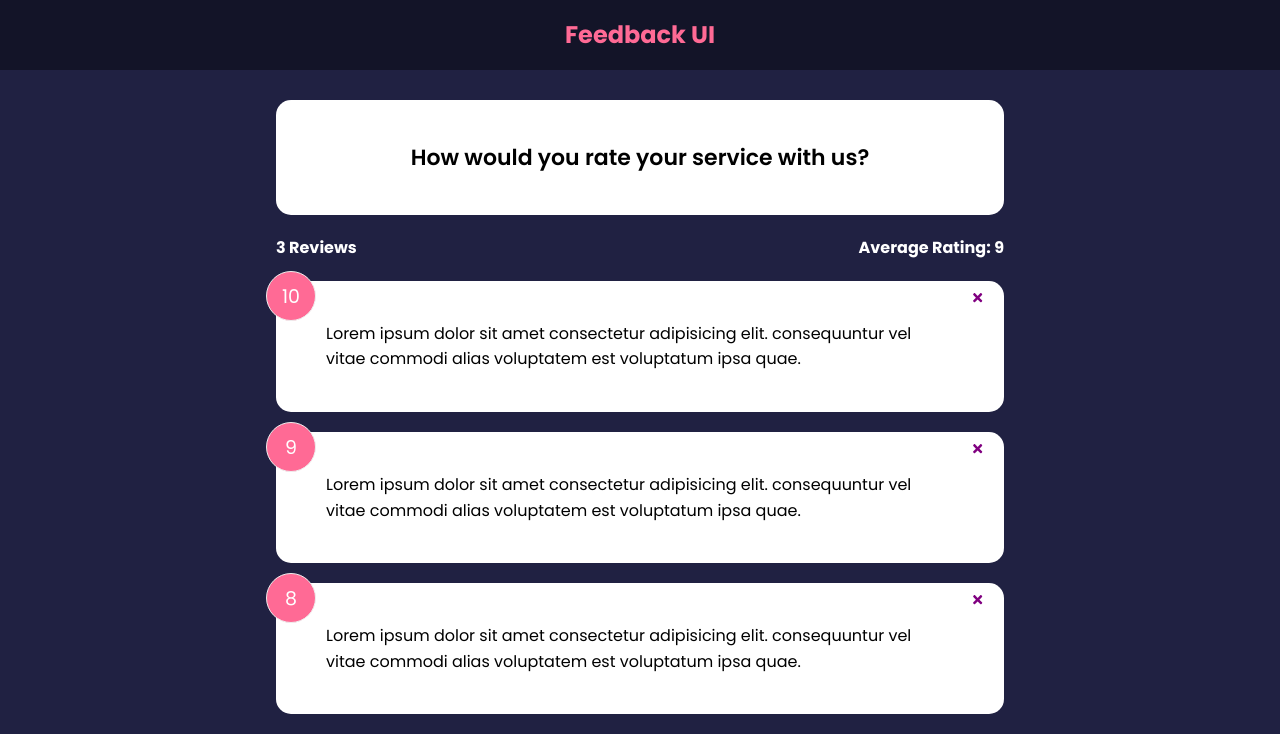
Repository: minhtien9/Feedback_App
Page: /
The author's editor kept a copy of each file at every save. The page is drawn from the files as they stood at one save, then again after the next save.
The browser window is 1280 px wide. The pictures show the whole page.
The project was rebuilt for these pictures with package versions that can differ from the ones it lists, and the page was loaded fresh each time.

Above is the page before, as saved 2022-02-18 14:19:02.

### src/index.css
@import url('https://fonts.googleapis.com/css2?family=Poppins:wght@400;600;700&display=swap');

* {
    box-sizing: border-box;
    margin: 0;
    padding: 0;
}

body {
    font-family: 'Poppins', sans-serif;
    background-color: #202142;
    color: #fff;
    line-height: 1.6;
}

ul {
    list-style: none;
}

.container {
    max-width: 768px;
    margin: auto;
    padding: 0 20px;
}

header {
    height: 70px;
    width: 100%;
    display: flex;
    justify-content: space-between;
    align-items: center;
    margin-bottom: 30px;
}

.card {
    background-color: #fff;
    color: #333;
    border-radius: 15px;
    padding: 40px 50px;
    margin: 20px 0;
    position: relative;
}

.card.reverse {
    background-color: rgba(0, 0, 0, 0.4);
    color: #fff;
}

.card h2 {
    font-size: 22px;
    font-weight: 600;
    text-align: center;
}

.rating {
    display: flex;
    align-items: center;
    justify-content: space-around;
    margin: 30px 0 40px;
}

.rating li,
.num-display {
    position: relative;
    background: #f4f4f4;
    width: 50px;
    height: 50px;
    padding: 10px;
    text-align: center;
    border-radius: 50%;
    font-size: 19px;
    border: 1px #eee solid;
    transition: 0.3s;
}

.rating li label {
    position: absolute;
    top: 50%;
    left: 50%;
    width: 50px;
    height: 50px;
    padding: 10px;
    border-radius: 50%;
    transform: translate(-50%, -50%);
    cursor: pointer;
}

.rating li:hover,
.num-display {
    background: #ff6a95;
    color: #fff;
}

[type='radio'] {
    opacity: 0;
}

[type='radio']:checked ~ label {
    background: #ff6a95;
    color: #fff;
}

.input-group {
    display: flex;
    flex-direction: row;
    border: 1px solid #ccc;
    padding: 8px 10px;
    border-radius: 8px;
}

input {
    flex-grow: 2;
    border: none;
    font-size: 16px;
}

input:focus {
    outline: none;
}

.feedback-stats {
    color: #fff;
    display: flex;
    justify-content: space-between;
    align-items: center;
}

.num-display {
    position: absolute;
    top: -10px;
    left: -10px;
}

.close,
.edit {
    position: absolute;
    top: 10px;
    right: 20px;
    cursor: pointer;
    background: none;
    border: none;
}

.edit {
    right: 40px;
}

.btn {
    color: #fff;
    border: 0;
    border-radius: 8px;
    color: #fff;
    width: 100px;
    height: 40px;
    cursor: pointer;
}

.btn-primary {
    background-color: #202142;
}

.btn-secondary {
    background: #ff6a95;
}

.btn:hover {
    transform: scale(0.98);
    opacity: 0.9;
}

.btn:disabled {
    background-color: #cccccc;
    color: #333;
    cursor: auto;
}

.btn:disabled:hover {
    transform: scale(1);
    opacity: 1;
}

.message {
    padding-top: 10px;
    text-align: center;
    color: rebeccapurple;
}

/* FIX: Remove position: absolute to keep about icon at the bottom of the
 * document */
.about-link {
    display: flex;
    justify-content: flex-end;
}

/* FIX: Remove position: absolute to keep about icon at the bottom of the
 * document */
.about-link a {
    color: #fff;
    cursor: pointer;
}

.about-link a:hover {
    color: #ff6a95;
}

.about h1 {
    margin-bottom: 20px;
}

.about p {
    margin: 10px 0;
}

@media (max-width: 600px) {
    .rating li {
        margin: 10px 3px;
    }

    .rating {
        display: flex;
        align-items: center;
        justify-content: center;
        flex-wrap: wrap;
        margin: 30px 0 40px;
    }

    .input-group input {
        width: 80%;
    }
}

### src/App.js
import Header from './components/Header'

import FeedbackData from './data/FeedbackData'
import FeedbackList from './components/FeedbackList'

import { useState } from 'react'
import FeedbackStats from './components/FeedbackStats'
import FeedbackForm from './components/FeedbackForm'

function App() {
    const [feedback, setFeedback] = useState(FeedbackData)

    const deleteFeedback = (id) => {
        if (window.confirm('Are you sure you want to delete?')) {
            setFeedback(feedback.filter((item) => item.id !== id))
        }
    }
    return (
        <div className='App'>
            <Header />
            <div className='container'>
                <FeedbackForm />
                <FeedbackStats feedback={feedback} />
                <FeedbackList
                    feedback={feedback}
                    handeDelete={deleteFeedback}
                />
            </div>
        </div>
    )
}

export default App

### src/components/Header.jsx
import React from 'react'
import PropTypes from 'prop-types'

Header.propTypes = {
    text: PropTypes.string,
    bgColor: PropTypes.string,
    textColor: PropTypes.string,
}

Header.defaultProps = {
    text: 'Feedback UI',
    bgColor: 'rgba(0,0,0,0.4)',
    textColor: '#ff6a95',
}

function Header({ text, bgColor, textColor }) {
    const headerStyles = { background: bgColor, color: textColor }
    return (
        <header style={headerStyles}>
            <div className='container'>
                <h2>{text}</h2>
            </div>
        </header>
    )
}

export default Header

### src/data/FeedbackData.js
const FeedbackData = [
    {
        id: 1,
        rating: 10,
        text: 'Lorem ipsum dolor sit amet consectetur adipisicing elit. consequuntur vel vitae commodi alias voluptatem est voluptatum ipsa quae.',
    },
    {
        id: 2,
        rating: 9,
        text: 'Lorem ipsum dolor sit amet consectetur adipisicing elit. consequuntur vel vitae commodi alias voluptatem est voluptatum ipsa quae.',
    },
    {
        id: 3,
        rating: 8,
        text: 'Lorem ipsum dolor sit amet consectetur adipisicing elit. consequuntur vel vitae commodi alias voluptatem est voluptatum ipsa quae.',
    },
]

export default FeedbackData

### src/components/FeedbackList.jsx
import PropTypes from 'prop-types'
import FeedbackItem from './FeedbackItem'

FeedbackList.propTypes = {
    feedback: PropTypes.arrayOf(
        PropTypes.shape({
            id: PropTypes.number.isRequired,
            text: PropTypes.string.isRequired,
            rating: PropTypes.number.isRequired,
        })
    ),
}

function FeedbackList({ feedback, handeDelete }) {
    if (!feedback || feedback.length === 0) return <p>No Feedback Yet</p>
    return (
        <div className='feedback-list'>
            {feedback.map((item) => (
                <FeedbackItem
                    key={item.id}
                    item={item}
                    handeDelete={handeDelete}
                />
            ))}
        </div>
    )
}

export default FeedbackList

### src/components/FeedbackStats.jsx
import React from 'react'
import PropTypes from 'prop-types'

FeedbackStats.propTypes = {
    feedback: PropTypes.array.isRequired,
}

function FeedbackStats({ feedback }) {
    let average =
        feedback.reduce((acc, cur) => {
            return acc + cur.rating
        }, 0) / feedback.length

    average = average.toFixed(1).replace(/[.,]0$/, '')
    return (
        <div className='feedback-stats'>
            <h4>{feedback.length} Reviews</h4>
            <h4>Average Rating: {isNaN(average) ? 0 : average}</h4>
        </div>
    )
}

export default FeedbackStats

### src/components/FeedbackForm.jsx
import React from 'react'
import PropTypes from 'prop-types'
import Card from './UI/Card'

FeedbackForm.propTypes = {}

function FeedbackForm(props) {
    return (
        <Card>
            <form>
                <h2>How would you rate your service with us?</h2>
            </form>
        </Card>
    )
}

export default FeedbackForm

### src/components/FeedbackItem.jsx
import { FaTimes } from 'react-icons/fa'
import PropTypes from 'prop-types'
import Card from './UI/Card'

FeedbackItem.propTypes = {
    item: PropTypes.object.isRequired,
}

function FeedbackItem({ item, handleDelete }) {
    return (
        <Card>
            <div className='num-display'>{item.rating}</div>
            <button onClick={() => handleDelete(item.id)} className='close'>
                <FaTimes color='purple' />
            </button>
            <div className='text-display'>{item.text}</div>
        </Card>
    )
}

export default FeedbackItem

### src/components/UI/Card.jsx
import React from 'react'
import PropTypes from 'prop-types'

Card.propTypes = {
    children: PropTypes.node.isRequired,
    reverse: PropTypes.bool,
}

Card.defaultProps = {
    reverse: false,
}

function Card({ children, reverse }) {
    return (
        <div
            className='card'
            style={{
                backgroundColor: reverse ? 'rgba(0,0,0,0.4)' : '#fff',
                color: reverse ? '#fff' : '#000',
            }}
        >
            {children}
        </div>
    )
}

export default Card

Loaded but not shown: public/index.html (common file); src/index.js (common file)

After the next save:
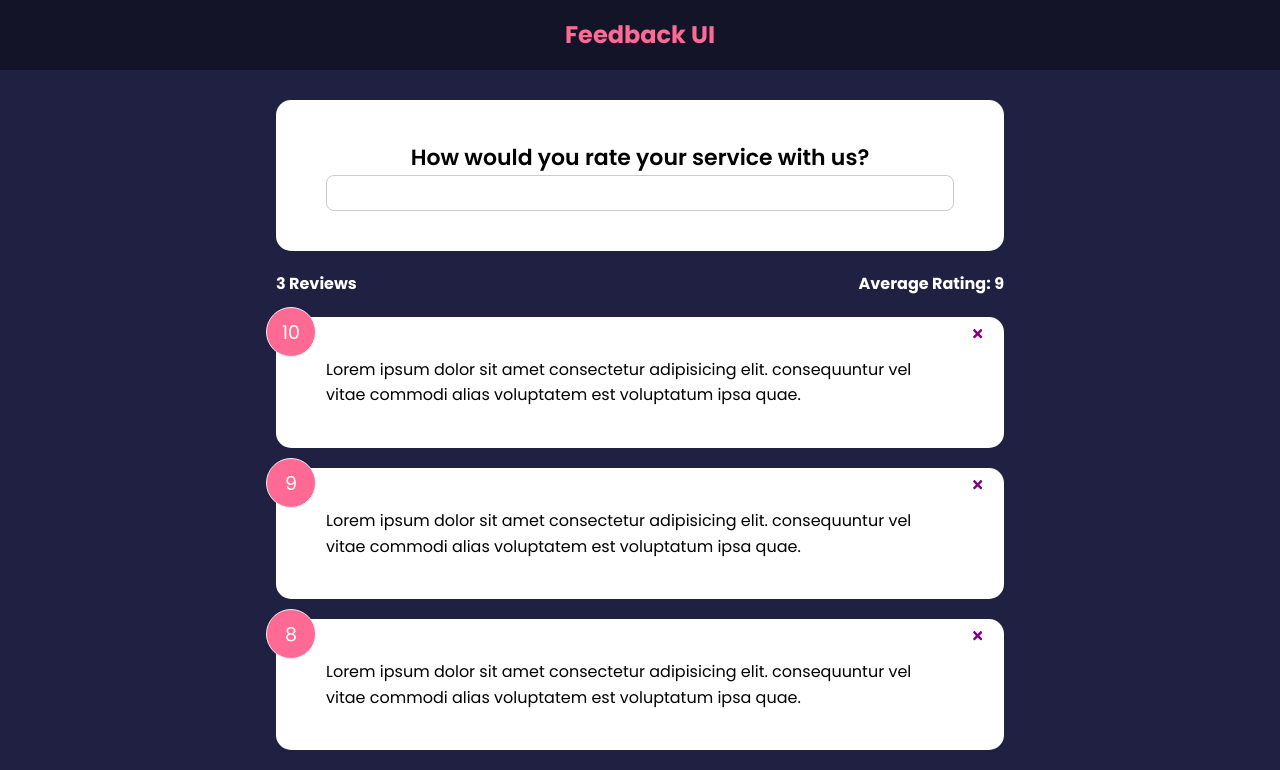
Saved 31 s later.
--- a/src/components/FeedbackForm.jsx
+++ b/src/components/FeedbackForm.jsx
@@ -9,6 +9,9 @@ function FeedbackForm(props) {
         <Card>
             <form>
                 <h2>How would you rate your service with us?</h2>
+                <div className='input-group'>
+                    <input type='text' />
+                </div>
             </form>
         </Card>
     )
